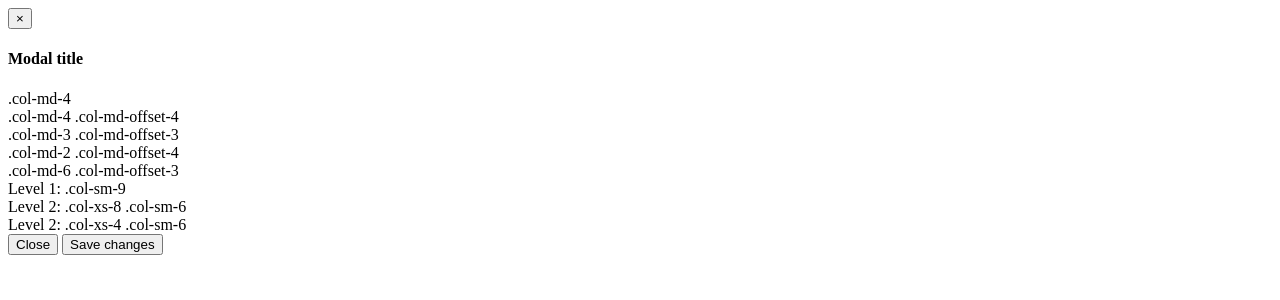
Repository: KIMINJOONG/Project
Page: MyProject/WebContent/modalPractice.html
The author's editor kept a copy of each file at every save. The page is drawn from the files as they stood at one save, then again after the next save.
The browser window is 1280 px wide. The pictures show the whole page.

Above is the page before, as saved 2018-06-17 10:07:25.

After the next save:
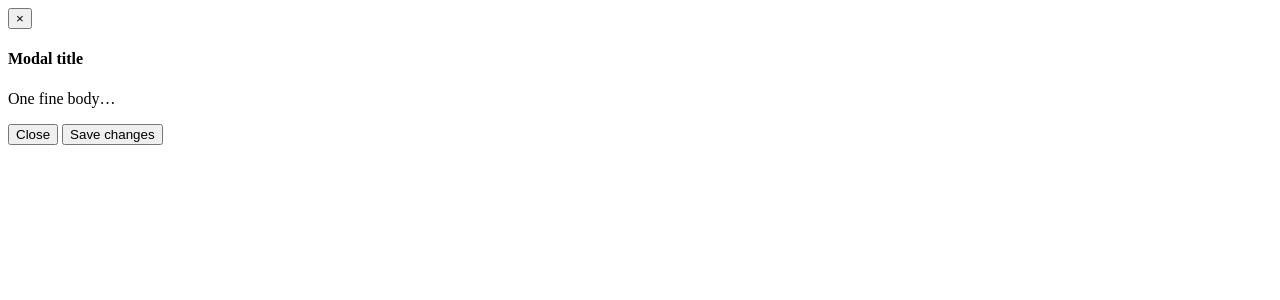
Saved 30 s later.
--- a/MyProject/WebContent/modalPractice.html
+++ b/MyProject/WebContent/modalPractice.html
@@ -1,51 +1,17 @@
-<!DOCTYPE html>
-<html>
-<head>
-<meta charset="EUC-KR">
-<title>Insert title here</title>
-</head>
-<body>
-<div class="modal fade" role="dialog" aria-labelledby="gridSystemModalLabel" aria-hidden="true">
-    <div class="modal-dialog">
-      <div class="modal-content">
-        <div class="modal-header">
-          <button type="button" class="close" data-dismiss="modal" aria-label="Close"><span aria-hidden="true">&times;</span></button>
-          <h4 class="modal-title" id="gridSystemModalLabel">Modal title</h4>
-        </div>
-        <div class="modal-body">
-          <div class="container-fluid">
-            <div class="row">
-              <div class="col-md-4">.col-md-4</div>
-              <div class="col-md-4 col-md-offset-4">.col-md-4 .col-md-offset-4</div>
-            </div>
-            <div class="row">
-              <div class="col-md-3 col-md-offset-3">.col-md-3 .col-md-offset-3</div>
-              <div class="col-md-2 col-md-offset-4">.col-md-2 .col-md-offset-4</div>
-            </div>
-            <div class="row">
-              <div class="col-md-6 col-md-offset-3">.col-md-6 .col-md-offset-3</div>
-            </div>
-            <div class="row">
-              <div class="col-sm-9">
-                Level 1: .col-sm-9
-                <div class="row">
-                  <div class="col-xs-8 col-sm-6">
-                    Level 2: .col-xs-8 .col-sm-6
-                  </div>
-                  <div class="col-xs-4 col-sm-6">
-                    Level 2: .col-xs-4 .col-sm-6
-                  </div>
-                </div>
-              </div>
-            </div>
-          </div>
-        </div>
-        <div class="modal-footer">
-          <button type="button" class="btn btn-default" data-dismiss="modal">Close</button>
-          <button type="button" class="btn btn-primary">Save changes</button>
-        </div>
-      </div><!-- /.modal-content -->
-    </div><!-- /.modal-dialog -->
-  </div><!-- /.modal -->
-</body>
-</html>
+<div class="modal fade">
+  <div class="modal-dialog">
+    <div class="modal-content">
+      <div class="modal-header">
+        <button type="button" class="close" data-dismiss="modal" aria-label="Close"><span aria-hidden="true">&times;</span></button>
+        <h4 class="modal-title">Modal title</h4>
+      </div>
+      <div class="modal-body">
+        <p>One fine body&hellip;</p>
+      </div>
+      <div class="modal-footer">
+        <button type="button" class="btn btn-default" data-dismiss="modal">Close</button>
+        <button type="button" class="btn btn-primary">Save changes</button>
+      </div>
+    </div><!-- /.modal-content -->
+  </div><!-- /.modal-dialog -->
+</div><!-- /.modal -->
